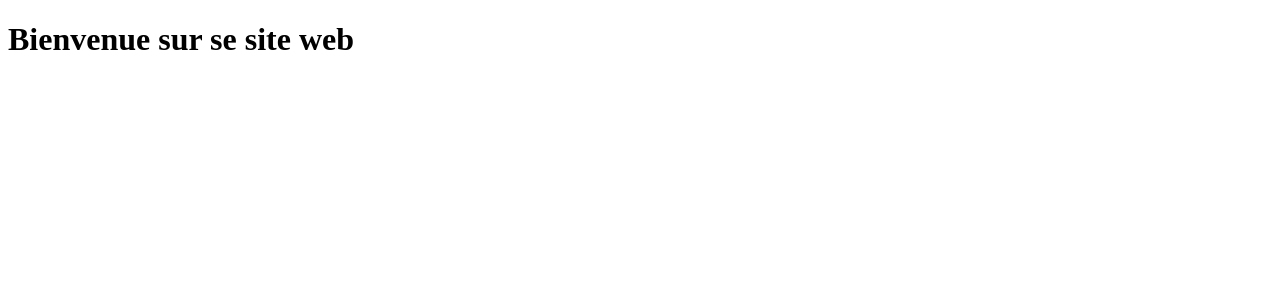
Repository: ValetteEvan/PersonalWebApp
Page: index.html
An editor plug-in stored every save of this project. The page is shown before and after the next save, followed by the edit.
The browser window is 1280 px wide. The pictures show the whole page.

Above is the page before, as saved 2025-01-07 17:25:13.

### index.html
<!DOCTYPE html>
<html>

    <head>
        <meta charset="utf-8" />
        <title>Valette Evan</title>
    </head>

    <body>
        <h1>Bienvenue sur se site web</h1>

    </body>
</html>

After the next save:
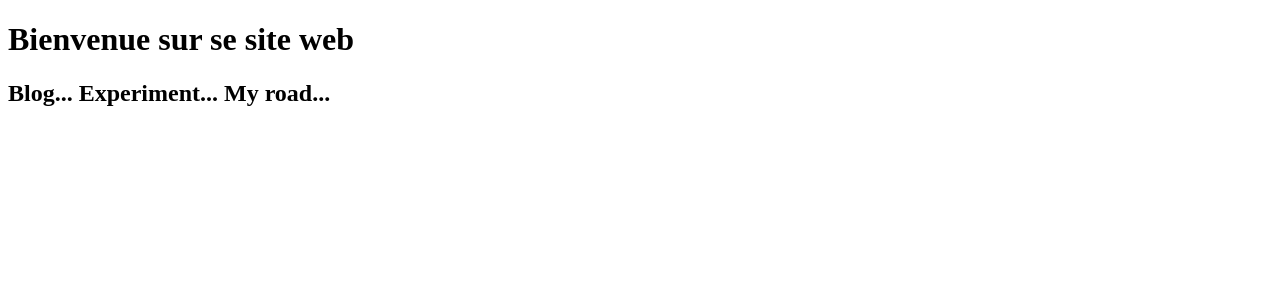
Saved 42 s later.
--- a/index.html
+++ b/index.html
@@ -8,6 +8,7 @@
 
     <body>
         <h1>Bienvenue sur se site web</h1>
+        <h2>Blog... Experiment... My road...</h2>
 
     </body>
 </html>
